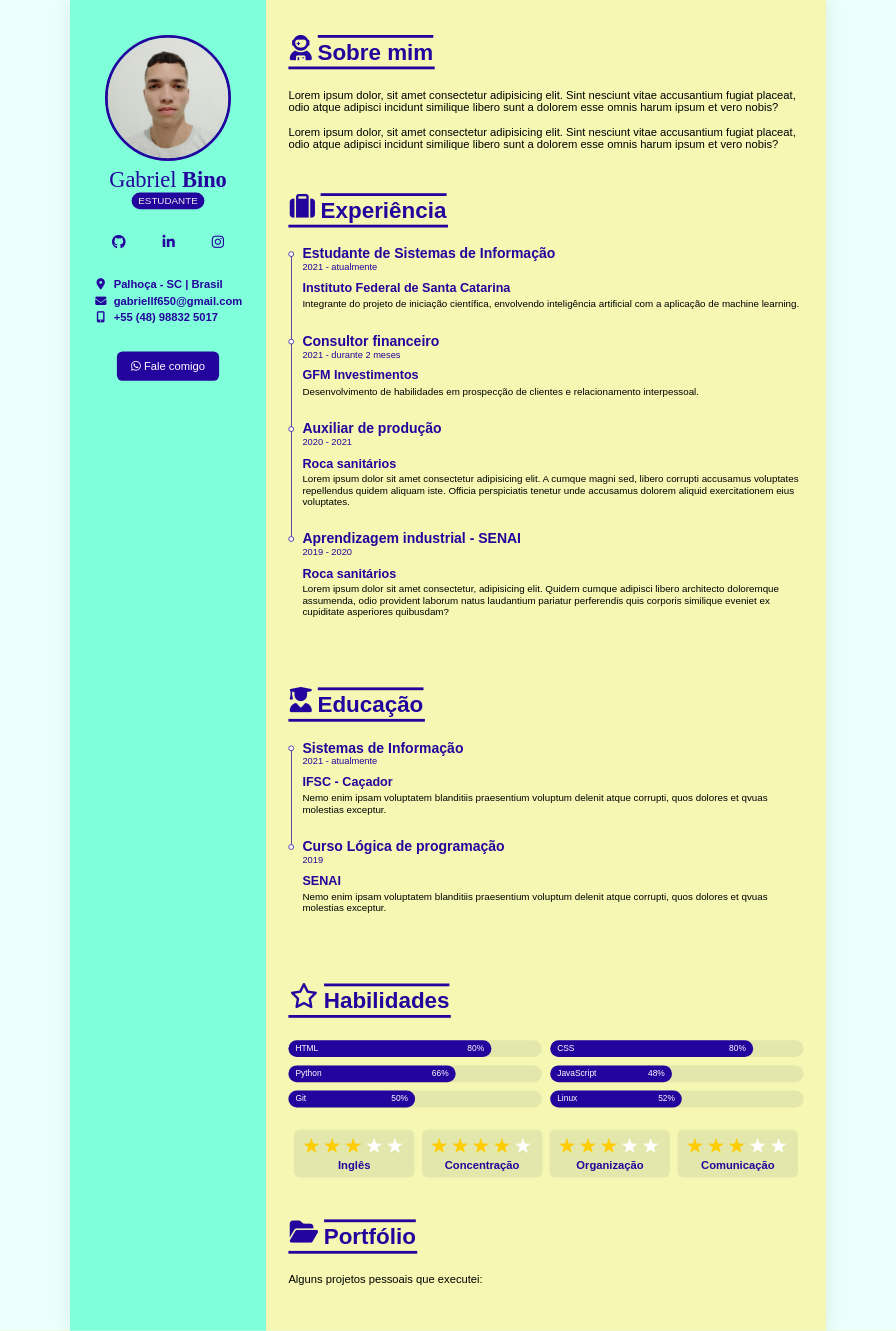
Repository: gabrielbino/projects-dio
Page: curriculoResponsivo/index.html
These files come from the project's save history. The page is drawn as it stood at one moment and after the next save; the edit follows.
The browser window is 1280 px wide. The pictures show the whole page, at 70% of full size.
Some web libraries are served in a nearby version.

Above is the page before, as saved 2021-10-19 11:47:50.

After the next save:
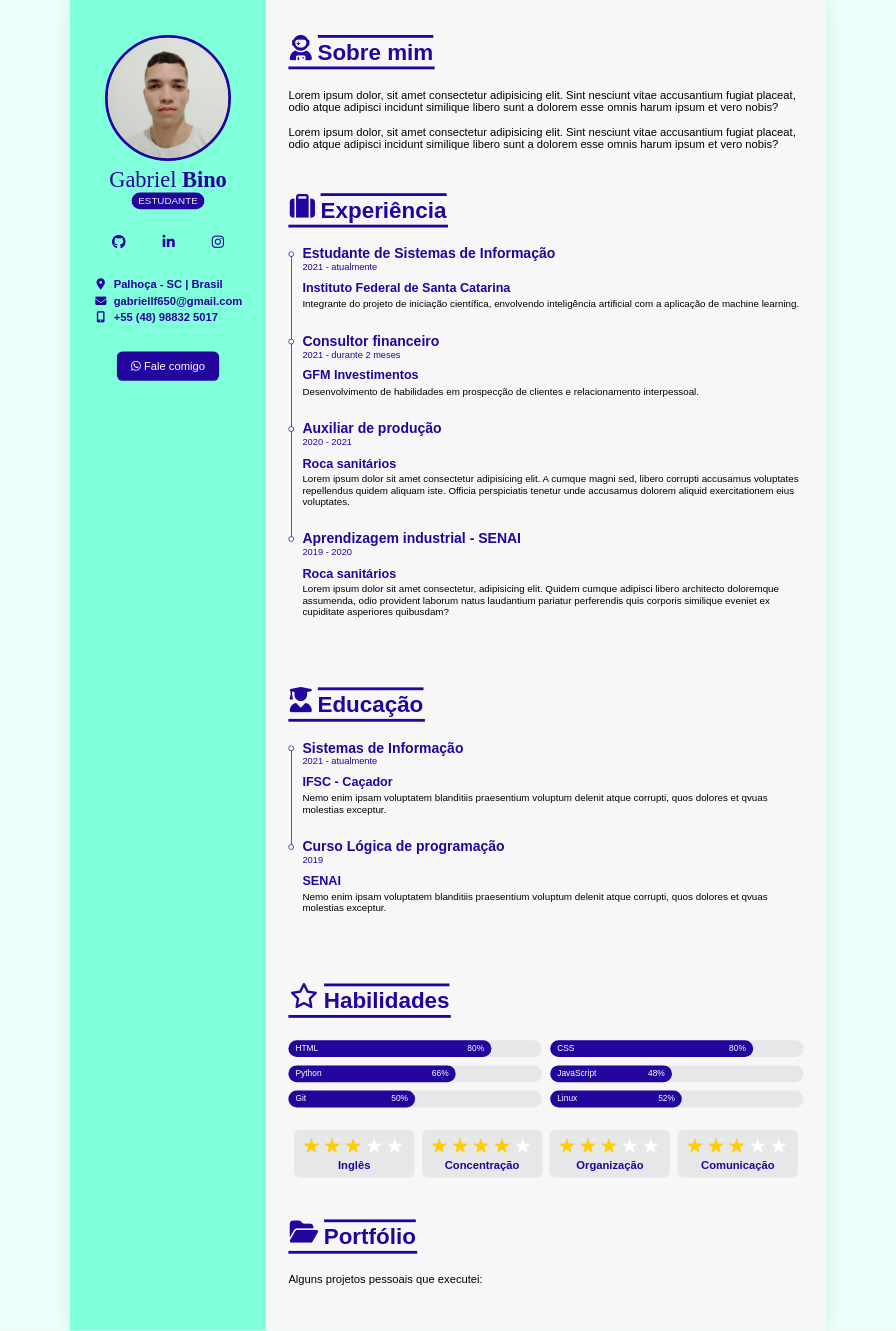
Saved 75 s later.
--- a/curriculoResponsivo/css/style.css
+++ b/curriculoResponsivo/css/style.css
@@ -117,7 +117,7 @@ aside {
 }
 
 section {
-  background-color: #f5f7b2;
+  background-color: #f7f7f7;
   padding: 50px 32px 0;
   width: calc(100% - 280px);
 }
